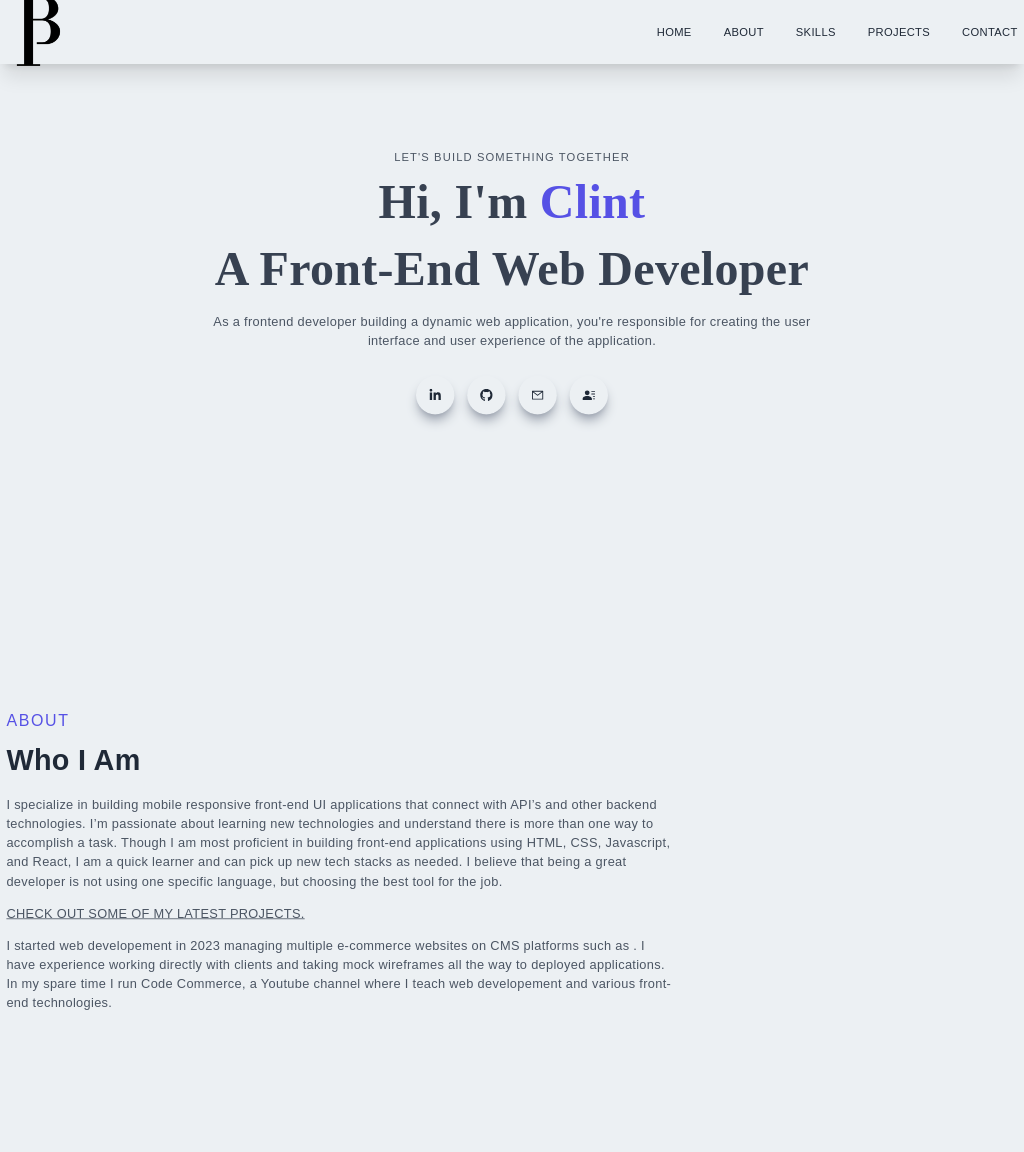
Repository: bittu-Patel/portfolio-resume-next-js
Page: /
These files come from the project's save history. The page is drawn as it stood at one moment and after a run of saves; the edit follows.
The browser window is 1280 px wide. The pictures show the whole page, at 80% of full size.
The project was rebuilt for these pictures with package versions that can differ from the ones it lists, and the page was loaded fresh each time. The framework's server and built-in components were replaced by stand-ins that run in the browser. Also part of the build but not shown: next.config.js.

Above is the page before, as saved 2023-09-25 10:47:05.

After the next 2 saves:
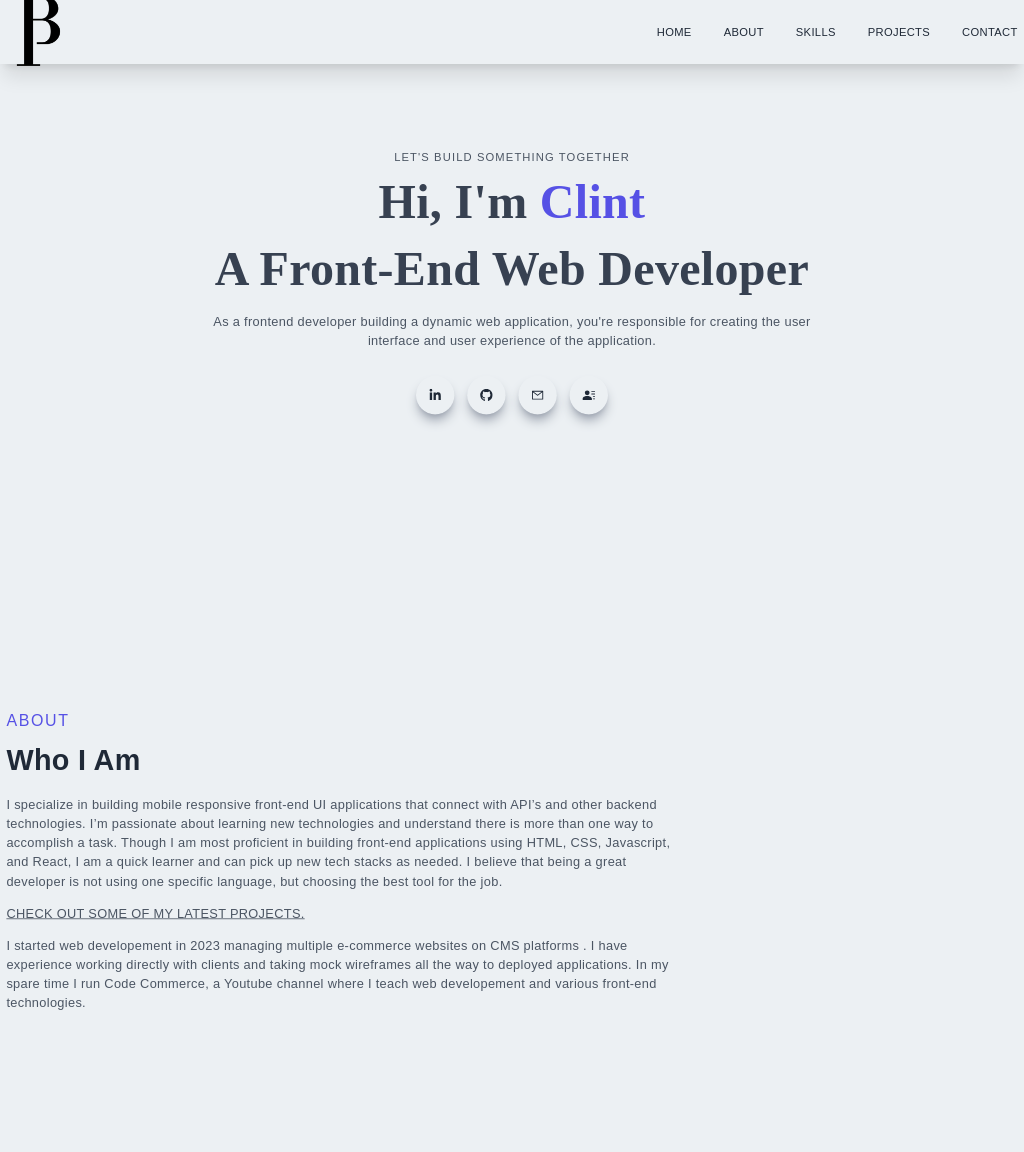
The 2 saves are shown as one change because they came seconds apart.
The last was saved 2 min 3 s later.
--- a/components/About.jsx
+++ b/components/About.jsx
@@ -22,7 +22,7 @@ const About = () => {
             </p>
             <p className='py-2 text-gray-600'>
             I started web developement in 2023 managing multiple e-commerce
-            websites on CMS platforms such as
+            websites on CMS platforms
             . I have experience working directly with clients and taking
             mock wireframes all the way to deployed applications. In my spare
             time I run Code Commerce, a Youtube channel where I teach web
